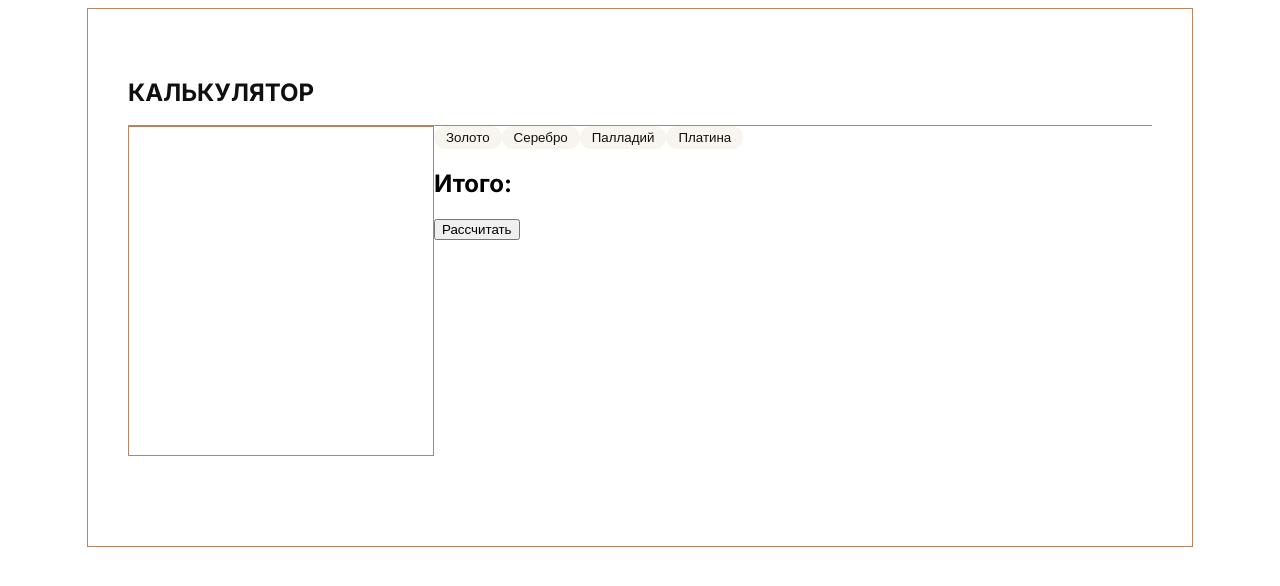
Repository: Kirill2034/Calculator-metal
Page: /
An editor plug-in stored every save of this project. The page is shown before and after the next save, followed by the edit.
The browser window is 1280 px wide. The pictures show the whole page.
The project was rebuilt for these pictures with package versions that can differ from the ones it lists, and the page was loaded fresh each time.

Above is the page before, as saved 2021-11-27 18:34:41.

### public/index.html
<!DOCTYPE html>
<html lang="en">
  <head>
    <meta charset="utf-8" />
    <meta name="viewport" content="width=device-width, initial-scale=1" />

    <link rel="preconnect" href="https://fonts.googleapis.com">
    <link rel="preconnect" href="https://fonts.gstatic.com" crossorigin>
    <link href="https://fonts.googleapis.com/css2?family=Inter:wght@300;400;500;700&display=swap" rel="stylesheet">

    <title>Калькулятор</title>
  </head>
  <body>
    <div id="root"></div>
  </body>
</html>

### src/App.js
import React, { useState } from 'react';
import './App.css';
import {BtnRadio} from './components/BtnRadio';

const metals = [
  {
    id: 1,
    code: "gold",
    title: "Золото",
    finenessList: [
      {id: 1, value: 375, cash: 90, checkingAccount: 100},
      {id: 1, value: 575, cash: 190, checkingAccount: 250}
    ]
  },
  {
    id: 2,
    code: "argent",
    title: "Серебро",
    finenessList: [
      {id: 1, value: 375, cash: 90, checkingAccount: 100},
      {id: 1, value: 575, cash: 190, checkingAccount: 250}
    ]
  },
  {
    id: 3,
    code: "palladium",
    title: "Палладий",
    finenessList: [
      {id: 1, value: 375, cash: 90, checkingAccount: 100},
      {id: 1, value: 575, cash: 190, checkingAccount: 250}
    ]
  },
  {
    id: 4,
    code: "platinum",
    title: "Платина",
    finenessList: [
      {id: 1, value: 375, cash: 90, checkingAccount: 100},
      {id: 1, value: 575, cash: 190, checkingAccount: 250}
    ]
  },
]

const App = () => {

  const [selectedMetalId, setselectedMetalId] = useState(null);

  const onMetalItemClick = (id) => {
    setselectedMetalId(id);
  };

  return (
    <div className="App">
      <div className="title">
        <h2>Калькулятор</h2>
      </div>
      <div className="calculator">
        <div className="metal-image"></div>
        <div className="content">
          <div className="check-metal">
            {metals.map((metal) => (
            <BtnRadio
              key={metal.id}
              item={metal}
              selected={selectedMetalId === metal.id}
              onClick={onMetalItemClick}
              />
          ))}
          </div>
          <div className="select-prop-metal"></div>
          <div className="calculate">
            <h2>Итого:</h2>
            <button>Рассчитать</button>
          </div>
        </div>
      </div>
    </div>
  );
}

export default App;

### src/App.css
.App {width: 1024px; height: 537px; border: 1px solid #B48565; margin: 0 auto; font-family: 'Inter', sans-serif; padding: 0 40px;}
.App .title {border-bottom: 1px solid #B48565; text-transform: uppercase; font-weight: 900; font-size: 16px; line-height: 24px; color: #101010; margin-top: 72px;}

.App .calculator {display: flex;}
.App .calculator .metal-image {width: 304px; height: 328px; border: 1px solid #B48565}

### src/components/BtnRadio/index.js
import BtnRadio from './BtnRadio.js';
export {BtnRadio};

### src/components/BtnRadio/BtnRadio.js
import React from 'react';
import './BtnRadio.css';
import cn from "classnames";

const BtnRadio = ({item, selected, onClick}) => {
    return (
        <button
            className={cn("BtnRadio", {selected})}
            onClick={() => onClick(item.id)}
        >{item.title}</button>
    )
}

export default BtnRadio;

### src/components/BtnRadio/BtnRadio.css
.BtnRadio {border: none; box-shadow: none; outline: none; background: #F8F5EE; border-radius: 100px; padding: 4px 12px; color: #101010};
.BtnRadio:hover {border: 1px solid #B48565; cursor: pointer;}
.BtnRadio.selected {color: #F8F5EE; background: #B48565;}

Loaded but not shown: src/index.js (common file)

After the next save:
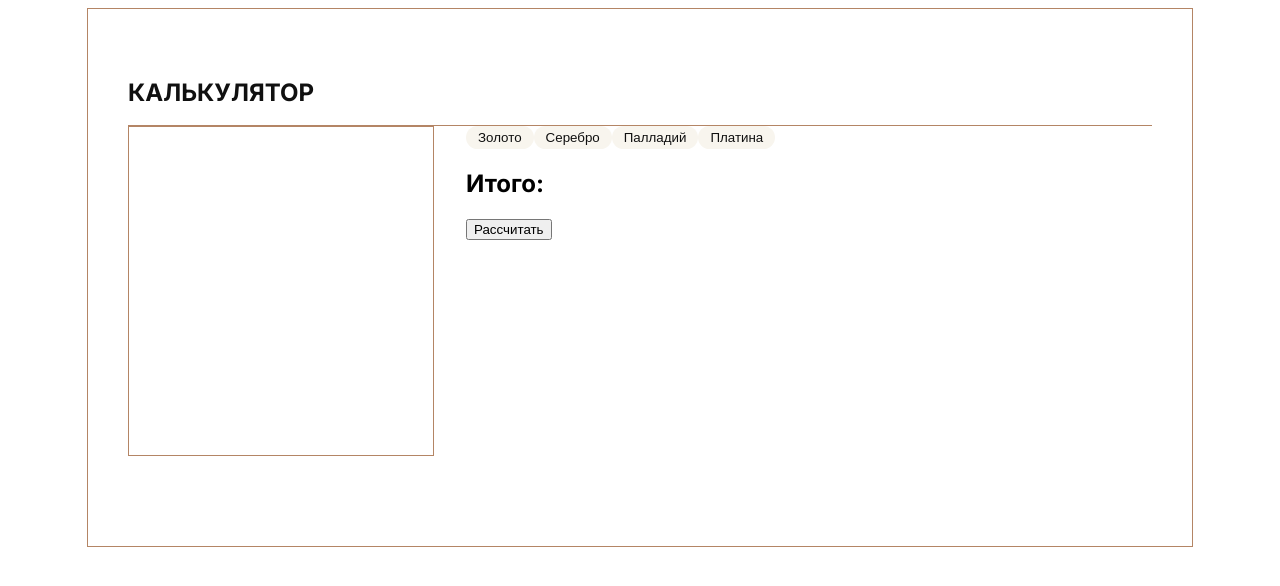
Saved 19 s later.
--- a/src/App.css
+++ b/src/App.css
@@ -2,4 +2,4 @@
 .App .title {border-bottom: 1px solid #B48565; text-transform: uppercase; font-weight: 900; font-size: 16px; line-height: 24px; color: #101010; margin-top: 72px;}
 
 .App .calculator {display: flex;}
-.App .calculator .metal-image {width: 304px; height: 328px; border: 1px solid #B48565}
+.App .calculator .metal-image {width: 304px; height: 328px; border: 1px solid #B48565; margin-right: 32px;}
